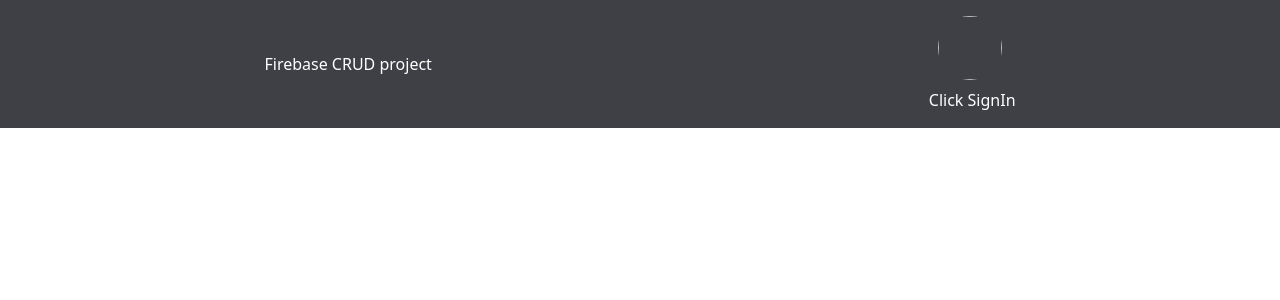
Repository: Semanmernstack/firebase-crud
Page: /
These files come from the project's save history. The page is drawn as it stood at one moment and after the next save; the edit follows.
The browser window is 1280 px wide. The pictures show the whole page.
The project was rebuilt for these pictures with package versions that can differ from the ones it lists, and the page was loaded fresh each time.

Above is the page before, as saved 2023-03-17 01:26:47.

After the next save:
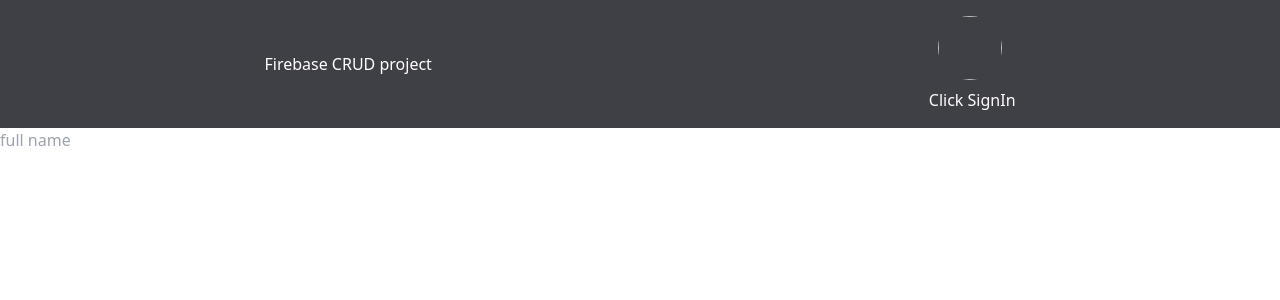
Saved 31 s later.
--- a/src/App.js
+++ b/src/App.js
@@ -1,6 +1,7 @@
 
 
 
+import Body from "./components/Body";
 import Header from "./components/Header";
 
 
@@ -12,6 +13,7 @@ function App() {
   return (
     <div className="">
       <Header/>
+      <Body/>
     </div>
   );
 }
